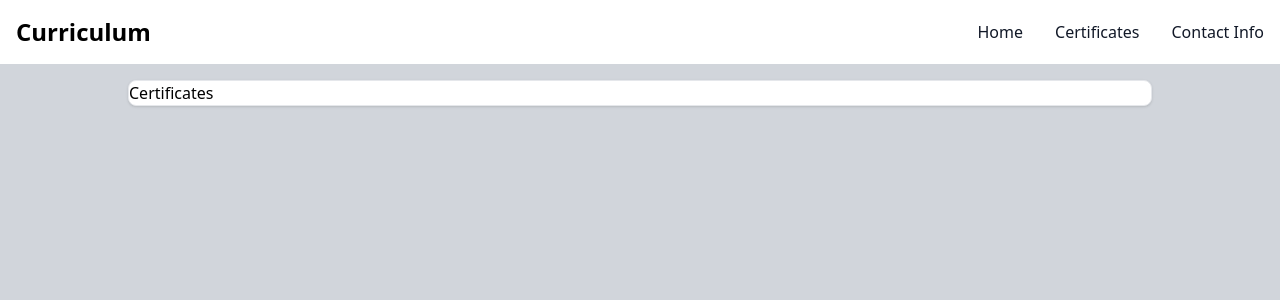
Repository: JetPi/Presentatio-Project
Page: /about/socials
An editor plug-in stored every save of this project. The page is shown before and after the next save, followed by the edit.
The browser window is 1280 px wide. The pictures show the whole page.
The project was rebuilt for these pictures with package versions that can differ from the ones it lists, and the page was loaded fresh each time. The framework's server and built-in components were replaced by stand-ins that run in the browser. Also part of the build but not shown: next.config.js.

Above is the page before, as saved 2023-04-04 14:01:40.

### src/pages/_app.tsx
import "@/styles/globals.css";
import type { AppProps } from "next/app";
import { NavBar } from "@/components/NavBar";

const navList = [
  { text: "Home", href: "/" },
  { text: "Certificates", href: "/about/certificates" },
  { text: "Contact Info", href: "/about/socials" },
];

export default function App({ Component, pageProps }: AppProps) {
  return (
    <div className="min-h-screen pb-2 bg-gray-300 h-cover">
      <NavBar navList={navList} />
      <Component {...pageProps} />
    </div>
  );
}

### src/pages/about/socials.tsx
import { Card } from "@/components/Card";

export default function ContactInfo() {
  return <Card styling="w-4/5 mx-auto mt-4">Certificates</Card>;
}

### src/styles/globals.css
@tailwind base;
@tailwind components;
@tailwind utilities;

:root {
  --max-width: 1100px;
  --border-radius: 12px;
  --font-mono: ui-monospace, Menlo, Monaco, "Cascadia Mono", "Segoe UI Mono",
    "Roboto Mono", "Oxygen Mono", "Ubuntu Monospace", "Source Code Pro",
    "Fira Mono", "Droid Sans Mono", "Courier New", monospace;

  --foreground-rgb: 0, 0, 0;
  --background-start-rgb: 214, 219, 220;
  --background-end-rgb: 255, 255, 255;

  --primary-glow: conic-gradient(
    from 180deg at 50% 50%,
    #16abff33 0deg,
    #0885ff33 55deg,
    #54d6ff33 120deg,
    #0071ff33 160deg,
    transparent 360deg
  );
  --secondary-glow: radial-gradient(
    rgba(255, 255, 255, 1),
    rgba(255, 255, 255, 0)
  );

  --tile-start-rgb: 239, 245, 249;
  --tile-end-rgb: 228, 232, 233;
  --tile-border: conic-gradient(
    #00000080,
    #00000040,
    #00000030,
    #00000020,
    #00000010,
    #00000010,
    #00000080
  );

  --callout-rgb: 238, 240, 241;
  --callout-border-rgb: 172, 175, 176;
  --card-rgb: 180, 185, 188;
  --card-border-rgb: 131, 134, 135;
}

@media (prefers-color-scheme: dark) {
  :root {
    --foreground-rgb: 255, 255, 255;
    --background-start-rgb: 0, 0, 0;
    --background-end-rgb: 0, 0, 0;

    --primary-glow: radial-gradient(rgba(1, 65, 255, 0.4), rgba(1, 65, 255, 0));
    --secondary-glow: linear-gradient(
      to bottom right,
      rgba(1, 65, 255, 0),
      rgba(1, 65, 255, 0),
      rgba(1, 65, 255, 0.3)
    );

    --tile-start-rgb: 2, 13, 46;
    --tile-end-rgb: 2, 5, 19;
    --tile-border: conic-gradient(
      #ffffff80,
      #ffffff40,
      #ffffff30,
      #ffffff20,
      #ffffff10,
      #ffffff10,
      #ffffff80
    );

    --callout-rgb: 20, 20, 20;
    --callout-border-rgb: 108, 108, 108;
    --card-rgb: 100, 100, 100;
    --card-border-rgb: 200, 200, 200;
  }
}

* {
  box-sizing: border-box;
  padding: 0;
  margin: 0;
}

html,
body {
  max-width: 100vw;
  overflow-x: hidden;
}

body {
  color: rgb(var(--foreground-rgb));
}

a {
  color: inherit;
  text-decoration: none;
}

@media (prefers-color-scheme: dark) {
  html {
    color-scheme: dark;
  }
}

### src/components/NavBar.tsx
import Image from "next/image";
import Link from "next/link";
import { ReactNode } from "react";
type NavData = {
  href: string;
  text: string;
};

interface Props {
  children?: ReactNode | string;
  href?: string;
  navList?: Array<NavData>;
}

function NavItem({ children, href }: Props) {
  return (
    <li>
      <Link
        href={{ pathname: href }}
        className="block py-2 pl-3 pr-4 text-gray-900 rounded hover:bg-gray-100 md:hover:bg-transparent md:border-0 md:hover:text-blue-700 md:p-0 dark:text-white md:dark:hover:text-blue-500 dark:hover:bg-gray-700 dark:hover:text-white md:dark:hover:bg-transparent"
      >
        {children}
      </Link>
    </li>
  );
}

export function NavBar({ navList }: Props) {
  return (
    <nav className="bg-white border-gray-200 dark:bg-gray-900">
      <div className="flex flex-wrap items-center justify-between max-w-screen-xl p-4 mx-auto">
        <span className="self-center text-2xl font-semibold whitespace-nowrap dark:text-white">
          Curriculum
        </span>
        <button
          data-collapse-toggle="navbar-default"
          type="button"
          className="inline-flex items-center p-2 ml-3 text-sm text-gray-500 rounded-lg md:hidden hover:bg-gray-100 focus:outline-none focus:ring-2 focus:ring-gray-200 dark:text-gray-400 dark:hover:bg-gray-700 dark:focus:ring-gray-600"
          aria-controls="navbar-default"
          aria-expanded="false"
        >
          <span className="sr-only">Open main menu</span>
          <svg
            className="w-6 h-6"
            aria-hidden="true"
            fill="currentColor"
            viewBox="0 0 20 20"
            xmlns="http://www.w3.org/2000/svg"
          >
            <path
              fillRule="evenodd"
              d="M3 5a1 1 0 011-1h12a1 1 0 110 2H4a1 1 0 01-1-1zM3 10a1 1 0 011-1h12a1 1 0 110 2H4a1 1 0 01-1-1zM3 15a1 1 0 011-1h12a1 1 0 110 2H4a1 1 0 01-1-1z"
              clipRule="evenodd"
            ></path>
          </svg>
        </button>
        <div className="hidden w-full md:block md:w-auto" id="navbar-default">
          <ul className="flex flex-col p-4 mt-4 font-medium border border-gray-100 rounded-lg md:p-0 bg-gray-50 md:flex-row md:space-x-8 md:mt-0 md:border-0 md:bg-white dark:bg-gray-800 md:dark:bg-gray-900 dark:border-gray-700">
            {navList?.map((item) => {
              return (
                <NavItem href={item.href} key={Math.random()}>
                  {item.text}
                </NavItem>
              );
            })}
          </ul>
        </div>
      </div>
    </nav>
  );
}

### src/components/Card.tsx
import { redirect } from "next/dist/server/api-utils";
import Link from "next/link";
import { useRouter } from "next/router";
import { Url } from "url";
import React, { MouseEventHandler, ReactNode, useState } from "react";
interface Props {
  children?: ReactNode;
  styling?: string;
  href?: string;
}

interface ButtonProps {
  children?: ReactNode;
  styling?: string;
  href: Url;
}

export function Card({ styling, children }: Props) {
  return (
    <div
      className={`${
        styling ? styling : "flex justify-stretch p-6"
      }  bg-white border border-gray-200 rounded-lg shadow dark:bg-gray-800 dark:border-gray-700 dark:hover:bg-gray-700`}
    >
      {children}
      <p className="font-normal text-gray-700 dark:text-gray-400"></p>
    </div>
  );
}

export function CardButton({ href, styling, children }: ButtonProps) {
  return (
    <Link
      className={`${
        styling ? styling : "w-32  "
      } p-2 text-center bg-white border border-gray-200 rounded-lg shadow hover:bg-gray-100 dark:bg-gray-800 dark:border-gray-700 dark:hover:bg-gray-700`}
      href={href.href}
    >
      {children}
    </Link>
  );
}

export function CardTitle({ children }: Props) {
  return (
    <h5 className="mb-2 text-2xl font-bold tracking-tight text-center text-gray-900 dark:text-white">
      {children}
    </h5>
  );
}

Loaded but not shown: src/pages/_document.tsx (common file); tailwind.config.js (common file)

After the next save:
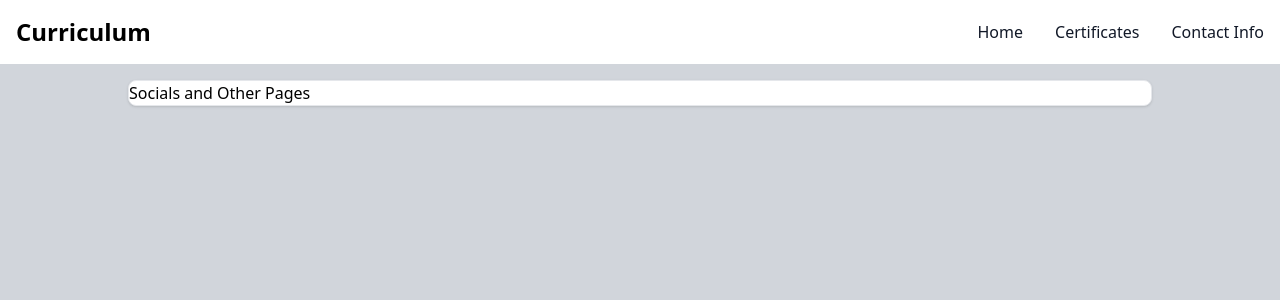
Saved 5 s later.
--- a/src/pages/about/socials.tsx
+++ b/src/pages/about/socials.tsx
@@ -1,5 +1,9 @@
 import { Card } from "@/components/Card";
 
 export default function ContactInfo() {
-  return <Card styling="w-4/5 mx-auto mt-4">Certificates</Card>;
+  return (
+    <Card styling="w-4/5 mx-auto mt-4">
+      <div>Socials and Other Pages</div>
+    </Card>
+  );
 }
